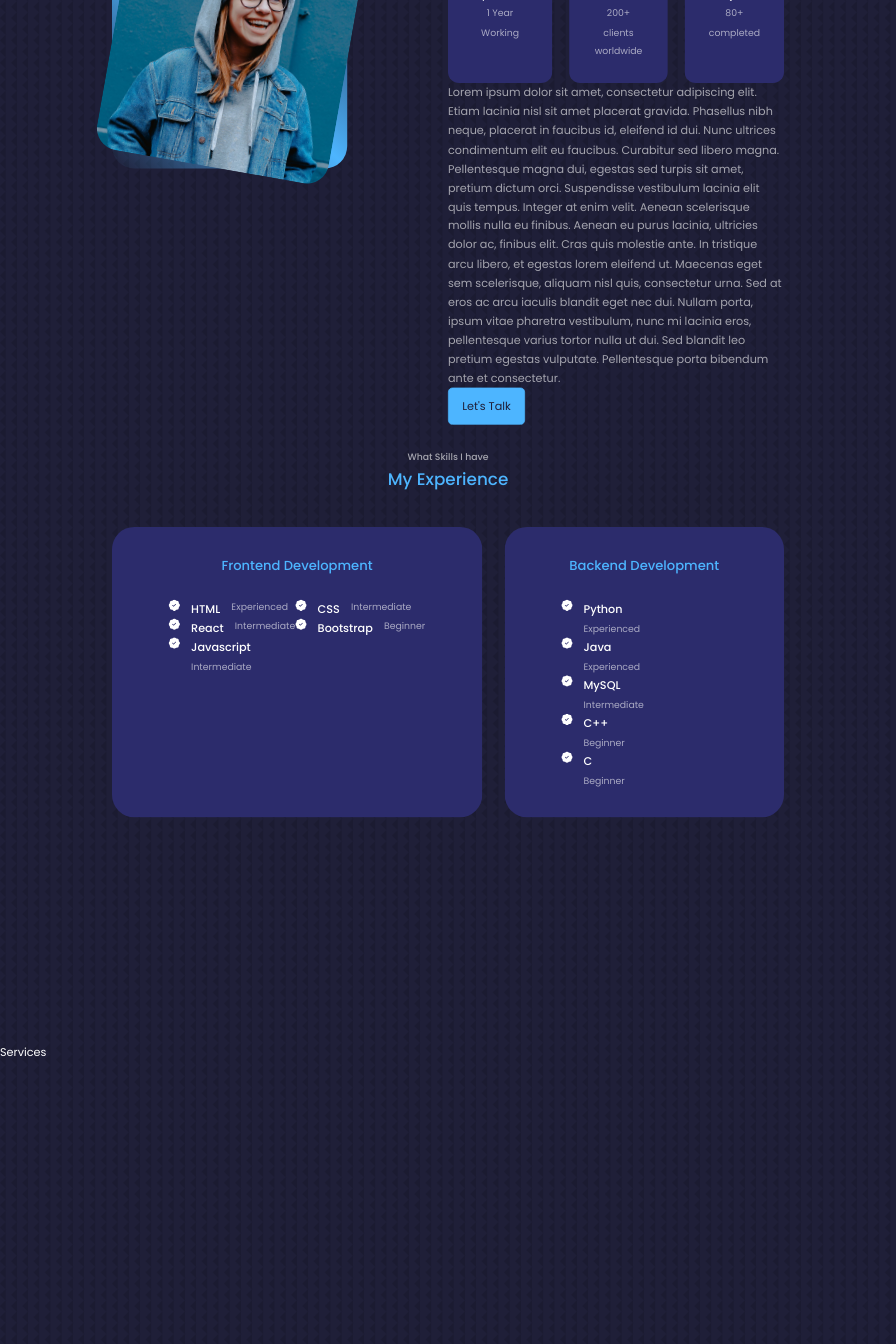
Repository: smallchungus/resumeWebsite
Page: / (app in hello/)
An editor plug-in stored every save of this project. The page is shown before and after a run of saves, followed by the edit.
The browser window is 1280 px wide. The pictures show the part of the page from y = 1054 to 2974 px (the page is 5835 px tall), at 70% of full size.
The project was rebuilt for these pictures with package versions that can differ from the ones it lists, and the page was loaded fresh each time. Also part of the build but not shown: hello/src/components/portfolio/portfolio.css, hello/src/components/contact/contact.css, hello/src/components/footer/footer.css. Imported but missing from the stored project, and not drawn on this page: hello/src/assets/cv.pdf.

Above is the page before, as saved 2023-03-23 19:16:15.

### hello/public/index.html
<!DOCTYPE html>
<html lang="en">

<head>
    <meta charset="UTF-8">
    <meta http-equiv="X-UA-Compatible" content="IE=edge">
    <meta name="viewport" content="width-device-width, initial-scale=1.0">
    <title>Resume Portfolio Website</title>
</head>
<body>
    <div id="root"></div>
</body>
</html>

### hello/src/App.jsx
import React from 'react'
import Header from './components/header/Header'
import Nav from './components/nav/Nav'
import About from './components/about/About'
import Experience from './components/experience/Experience'
import Services from './components/services/Services'
import Portfolio from './components/portfolio/Portfolio'
import Testimonial from './components/testimonial/Testimonial'
import Contact from './components/contact/Contact'
import Footer from './components/footer/Footer'

const App = () => {
  return (
    <>
    <Header />
    <Nav />
    <About />
    <Experience />
    <Services />
    <Portfolio />
    <Testimonial />
    <Contact />
    <Footer />
    </>
  )
}

export default App

### hello/src/index.css
@import url('https://fonts.googleapis.com/css2?family=Poppins:wght@300;400;500;600&display=swap');

*{
    margin: 0;
    padding: 0;
    border :0;
    outline: 0;
    box-sizing: border-box;
    list-style: none;
    text-decoration: none;

}

:root {
    --color-bg: #1f1f38;
    --color-bg-variant: #2c2c6c;
    --color-primary: #4db5ff;
    --color-primary-variant: rgba(77, 181, 255, 0.4);
    --color-white: #fff;
    --color-light: rgba(255,255,255,0.6);

    --transition: all 400ms ease;

    --container-width-lg: 75%;
    --container-width-md: 86%;
    --container-width-sm: 90%;

}

html{
    scroll-behavior: smooth;
}

body{
    font-family: 'Poppins', sans-serif;
    background: var(--color-bg);
    color: var(--color-white);
    line-height: 1.7;
    background-image: url(../src/assets/bg-texture.png)
}

/* ======================= General Styles =================*/

.container{
    width: var(--container-width-lg);
    margin: 0 auto;
}

h1,h2,h3,h4,h5{
    font-weight: 500;
}

h1{
    font-size:2.5rem;

}

section {
    margin-top: 8rem;
    height: 100vh;
}

section > h2, section > h5 {
    text-align: center;
    color: var(--color-light);
}

section > h2 {
    color: var(--color-primary);
    margin-bottom: 3rem;
}

.text-light{
    color:var(--color-light);
}

a{
    color: var(--color-primary);
    transition: var(--transition);
}

a:hover{
    color: var(--color-white);
}

.btn{
    width: max-content;
    display: inline-block;
    color: var(--color-primary);
    padding: 0.75rem 1.2rem;
    border-radius: 0.4rem;
    cursor: pointer;
    border: 1px solid var(--color-primary);
    transition: var( --transition );
}

.btn:hover{
    background: var(--color-white);
    color: var(--color-bg);
    border-color: transparent;
}

.btn-primary{
    background: var(--color-primary);
    color: var(--color-bg);
}

img{
    display: block;
    width: 100%;
    object-fit: cover;
}


/*==================Media Queries (Medium Devices ) ============= */
@media screen and (max-width: 1024px) {
    .container{
        width: var(--container-width-md);
    }

    section{
        margin-top: 6rem;
    }
}

/*==================Media Queries (Small Devices ) ============= */
@media screen and (max-width: 600px) {
    .container{
        width: var(--container-width-sm);
    }

    section > h2{
        margin-top: 2rem;
    }
}

### hello/src/components/header/Header.jsx
import React from 'react'
import './header.css'
import CTA from './CTA'
import ME from '../../assets/me.png'
import HeaderSocials from './HeaderSocials'
const Header = () => {
  return (
    <header>
      <div className="container header_container">
        <h5>Hello I'm</h5>
        <h1>William Chen</h1>
        <h5 className='text-light'>Fullstack Developer</h5>
        <CTA />
        <HeaderSocials/>

        <div className="me">
          <img src={ME} alt="me" />
        </div>

        <a href='#contact' className='scroll_down'>Scroll down</a>
      </div>
    </header>
  )
}

export default Header

### hello/src/components/nav/Nav.jsx
import React from 'react'
import './nav.css'
import {AiOutlineHome} from 'react-icons/ai'
import {AiOutlineUser}  from 'react-icons/ai'
import {BiBook} from 'react-icons/bi'
import {RiServiceLine} from 'react-icons/ri'
import {BiMessageSquareDetail} from 'react-icons/bi'
import {useState} from 'react'

const Nav = () => {
  const[activeNav, setActiveNav] = useState('#');
  return (
    <nav>
      <a href="#" onClick={() => setActiveNav('#')} className={activeNav === '#' ? 'active' : ''}><AiOutlineHome/></a>
      <a href="#about" onClick={() => setActiveNav('#about')} className={activeNav === '#about' ? 'active' : ''}><AiOutlineUser/></a>
      <a href="#experience" onClick={() => setActiveNav('#experience')} className={activeNav === '#experience' ? 'active' : ''}><BiBook/></a>
      <a href="#services" onClick={() => setActiveNav('#services')} className={activeNav === '#services' ? 'active' : ''}><RiServiceLine/></a>
      <a href="#contact" onClick={() => setActiveNav('#contact')} className={activeNav === '#contact' ? 'active' : ''}><BiMessageSquareDetail/></a>
    </nav>
  )
}

export default Nav

### hello/src/components/about/About.jsx
import React from 'react'
import './about.css'
import ME from '../../assets/me-about.jpg'
import {FiAward} from 'react-icons/fi'
import {FiUsers} from 'react-icons/fi'
import {VscFolderLibrary} from 'react-icons/vsc'

const About = () => {
  return (
    <section id='about'>
      <h5>Get To Know </h5>
      <h2>About Me</h2>

      <div className="container about_container">
        <div className="about_me" >
          <div className="about_me-image">
          <img src={ME} alt="About Image" />
          </div>
        </div>

        <div className="about_content">
          <div className="about_cards">
            <article className="about_card">
              <FiAward className='about_icon'/>
              <h5>Experience</h5>
              <small>1 Year Working</small>
            </article>
            <article className="about_card">
              <FiUsers className='about_icon'/>
              <h5>Clients</h5>
              <small>200+ clients worldwide</small>
            </article>
            <article className="about_card">
              <VscFolderLibrary className='about_icon'/>
              <h5>Projects</h5>
              <small>80+ completed</small>
            </article>
          </div>
          <p>
          Lorem ipsum dolor sit amet, consectetur adipiscing elit. Etiam lacinia nisl sit amet placerat gravida. Phasellus nibh neque, placerat in faucibus
          id, eleifend id dui. Nunc ultrices condimentum elit eu faucibus. Curabitur sed libero magna. Pellentesque magna dui, egestas sed turpis
          sit amet, pretium dictum orci. Suspendisse vestibulum lacinia elit quis tempus. Integer at enim velit. Aenean scelerisque mollis nulla eu finibus. Aenean eu purus lacinia, ultricies dolor ac, finibus elit.
          Cras quis molestie ante. In tristique arcu libero, et egestas lorem eleifend ut. Maecenas eget sem scelerisque, aliquam nisl quis, consectetur urna. Sed at eros ac arcu iaculis blandit eget nec dui. Nullam porta,
          ipsum vitae pharetra vestibulum, nunc mi lacinia eros, pellentesque varius tortor nulla ut dui. Sed blandit leo pretium egestas vulputate. Pellentesque porta bibendum ante et consectetur.
          </p>
          <a href="#contact" className='btn btn-primary'>Let's Talk</a>

        </div>
      </div>
    </section>
  )
}

export default About

### hello/src/components/experience/Experience.jsx
import React from 'react'
import './experience.css'
import {BsPatchCheckFill} from'react-icons/bs'



const Experience = () => {
  return (
    <section id='experience'>
      <h5>What Skills I have</h5>
      <h2>My Experience</h2>

      <div className="container experience_container">
        <div className="experience_frontend">
          <h3>Frontend Development</h3>
          <div className="experience_content">
            <article className='experience_details'>
              <BsPatchCheckFill />
              <h4>HTML</h4>
              <small className='text-light' >Experienced </small>
            </article>
            <article className='experience_details'>
              <BsPatchCheckFill />
              <h4>CSS</h4>
              <small className='text-light' >Intermediate </small>
            </article>
            <article className='experience_details'>
              <BsPatchCheckFill />
              <h4>React</h4>
              <small className='text-light' >Intermediate </small>
            </article>
            <article className='experience_details'>
              <BsPatchCheckFill />
              <h4>Bootstrap</h4>
              <small className='text-light' >Beginner </small>
            </article>


            <article className='experience_details'>
              <BsPatchCheckFill />
              <div>
                <h4>Javascript</h4>
                <small className='text-light' >Intermediate </small>
              </div>
            </article>
          </div>
        </div>



        <div className="experience_backend">
          <h3>Backend Development</h3>
          <article className='experience_details'>
              <BsPatchCheckFill />
              <div>
                <h4>Python</h4>
                <small className='text-light' >Experienced </small>
              </div>
            </article>

            <article className='experience_details'>
              <BsPatchCheckFill />
              <div>
                <h4>Java</h4>
                <small className='text-light' >Experienced </small>
              </div>
            </article>

            <article className='experience_details'>
              <BsPatchCheckFill />
              <div>
                <h4>MySQL</h4>
                <small className='text-light' >Intermediate </small>
              </div>
            </article>

            <article className='experience_details'>
              <BsPatchCheckFill />
              <div>
                <h4>C++</h4>
                <small className='text-light' >Beginner </small>
              </div>
            </article>

            <article className='experience_details'>
              <BsPatchCheckFill />
              <div>
                <h4>C</h4>
                <small className='text-light' >Beginner </small>
              </div>
            </article>
        </div>
      </div>
    </section>
  )
}

export default Experience

### hello/src/components/portfolio/Portfolio.jsx
import React from 'react'
import './portfolio.css'


const Portfolio = () => {
  return (
    < section id='portfolio'>Portfolio</section>
  )
}

export default Portfolio

### hello/src/components/testimonial/Testimonial.jsx
import React from 'react'
import './testimonial.css'
const Testimonial = () => {
  return (
    <section id='testimonials'>Testimonial</section>
  )
}

export default Testimonial

### hello/src/components/contact/Contact.jsx
import React from 'react'
import './contact.css'
const Contact = () => {
  return (
    <section id='contact'>Contact</section>
  )
}

export default Contact

### hello/src/components/header/header.css
header {
    height: 100vh;
    padding-top: 7rem;
    overflow: hidden;
}

.header_container{
    text-align: center;
    height: 100%;
    position: relative;
}

/*========================= CTA ======================= */
.cta {
    margin-top: 2.5rem;
    display: flex;
    gap: 1.2rem;
    justify-content: center;

}

/* ======================= Header Socials ==================== */
.header_socials {
    display: flex;
    flex-direction: column;
    align-items: center;
    gap: 0.8rem;
    position: absolute;
    left: 0;
    bottom: 3rem;

}

.header_socials::after{
    content: '';
    width: 1px;
    height: 2rem;
    background: var(--color-primary);
}

/* ===================== ME ==================*/

.me{
    background: linear-gradient(var(--color-primary), transparent);
    width: 22rem;
    height: 30rem;
    position: absolute;
    left: calc(50% - 11rem);
    margin-top: 4rem;
    border-radius: 12rem 12rem 0 0;
    overflow: hidden;
    padding: 5rem 1.5rem 1.5rem 1.5rem;

}

.scroll_down {
    position: absolute;
    right: -2.3rem;
    bottom: 5rem;
    transform: rotate(90deg);
    font-weight: 300;
    font-size: 0.9rem;
}

@media screen and (max-width: 600px) {
    header {
        height: 100vh;
    }
}

@media screen and (max-width: 600px)
{
    header {
        height: 100vh;
    }

    .header_socials, .scroll_down{
        display: none;
    }
}

### hello/src/components/header/CTA.jsx
import React from 'react'
import CV from '../../assets/cv.pdf'
const CTA = () => {
  return (
    <div className ='cta'>
        <a href={CV} download className='btn'>Download CV</a>
        <a href="#contact" className='btn btn-primary'>Let's Talk</a>
    </div>
  )
}

export default CTA

### hello/src/components/header/HeaderSocials.jsx
import React from 'react'
import {BsLinkedin} from 'react-icons/bs'
import {BsGithub} from 'react-icons/bs'
import {AiFillDribbbleSquare} from 'react-icons/ai'
const HeaderSocials = () => {
  return (
    <div className='header_socials'>
        <a href="https://linkedin.com/willchenn" target="_blank"><BsLinkedin></BsLinkedin></a>
        <a href="https://github.com/smallchungus" target="_blank"><BsGithub></BsGithub></a>
        <a href="https://dribble.com/" target="_blank"><AiFillDribbbleSquare></AiFillDribbbleSquare></a>
        </div>
  )
}

export default HeaderSocials

### hello/src/components/nav/nav.css
nav {
    background: rgba(0, 0, 0, 0.3);
    width: max-content;
    display: block;
    padding: 0.7rem 1.7rem;
    z-index: 2;
    position: fixed;
    left: 50%;
    transform: translateX(-50%);
    bottom: 2rem;
    display: flex;
    gap: 0.8rem;
    border-radius: 3rem;
    backdrop-filter: blur(15px);
}

nav a{
    background: transparent;
    padding: 0.9rem;
    border-radius: 50%;
    display: flex;
    color: var(--color-light);
    font-size: 1.1rem;
}

nav a:hover{
    background: rgba(0,0,0,0.3);
}

nav a.active {
    background: var(--color-bg);
    color: var(--color-white);
}

### hello/src/components/about/about.css
.about_container {
    display: grid;
    grid-template-columns: 35% 50%;
    gap: 15%;
}

.about_me {
    width: 100%;
    aspect-ratio: 1/1;
    border-radius: 2rem;
    background: linear-gradient(
        45deg,
        transparent,
        var(--color-primary),
        transparent
    );
    display: grid;
    place-items: center;
}

.about_me-image{
    border-radius: 2rem;
    overflow: hidden;
    transform: rotate(10deg);
    transition: var(--transition);

}

.about_me-image:hover{
    transform: rotate(0);
}

.about_cards{
    display: grid;
    grid-template-columns: repeat(3, 1fr);
    gap: 1.5rem;
}

.about_card {
    background: var(--color-bg-variant);
    border: 1px solid transparent;
    border-radius: 1rem;
    padding: 2rem;
    text-align: center;
    transition: var(--transition);
}

.about_card:hover {
    background: transparent;
    border-color: var(--color-primary-variant);
    cursor: default;
}

.about_icon {
    color: var(--color-primary);
    font-size: 1.4 rem;
    margin-bottom: 1rem;
}

.about_card h5 {
    font-size: 0.95rem;
}

.about_card small {
    font-size: 0.7 rem;
    color: var(--color-light);
}

.about_content p {
    margin: 2rem 0 2.6 rem;
    color: var(--color-light);
}

@media screen and (max-width: 1024px) {
    .about_container {
        grid-template-columns: 1fr;
        gap: 0;
    }

    .about_me {
        width: 50%;
        margin: 2rem auto 4rem;
    }

    .about_content p{
        margin: 1rem 0 1.5rem;
    }
}

@media screen and (max-width: 600px )
{
    .about_me{
        width: 65%;
        margin: 0 auto 3rem;
    }
    .about_cards {
        grid-template-columns: 1fr 1fr;
        gap: 1rem;
    }
    .about_content {
        text-align: center;
    }
    .about_content p {
        margin: 1.5rem 0;
    }
}

### hello/src/components/experience/experience.css
.experience_container{
    display: grid;
    grid-template-columns: 1fr 1fr;
    gap: 2rem;
}

.experience_container > div {
    background: var(--color-bg-variant);
    padding: 2.4rem 5rem;
    border-radius: 2rem;
    border: 1px solid transparent;
    transition: var(--transition);
}

.experience_container > div:hover {
    background: transparent;
    border-color: var(--color-primary-variant);
    cursor: default;
}

.experience_container > div h3 {
    text-align: center;
    margin-bottom: 2rem;
    color: var(--color-primary);
}

.experience_content {
    display: grid;
    grid-template-columns: 1fr 1fr;
}

.experience_details {
    display: flex;
    gap: 1rem;
}

Loaded but not shown: hello/src/index.js (common file); hello/src/components/services/Services.jsx (common file); hello/src/components/footer/Footer.jsx (common file); hello/src/components/services/services.css (no stored copy; drawn as an empty file); hello/src/components/testimonial/testimonial.css (no stored copy; drawn as an empty file)

After the next 5 saves:
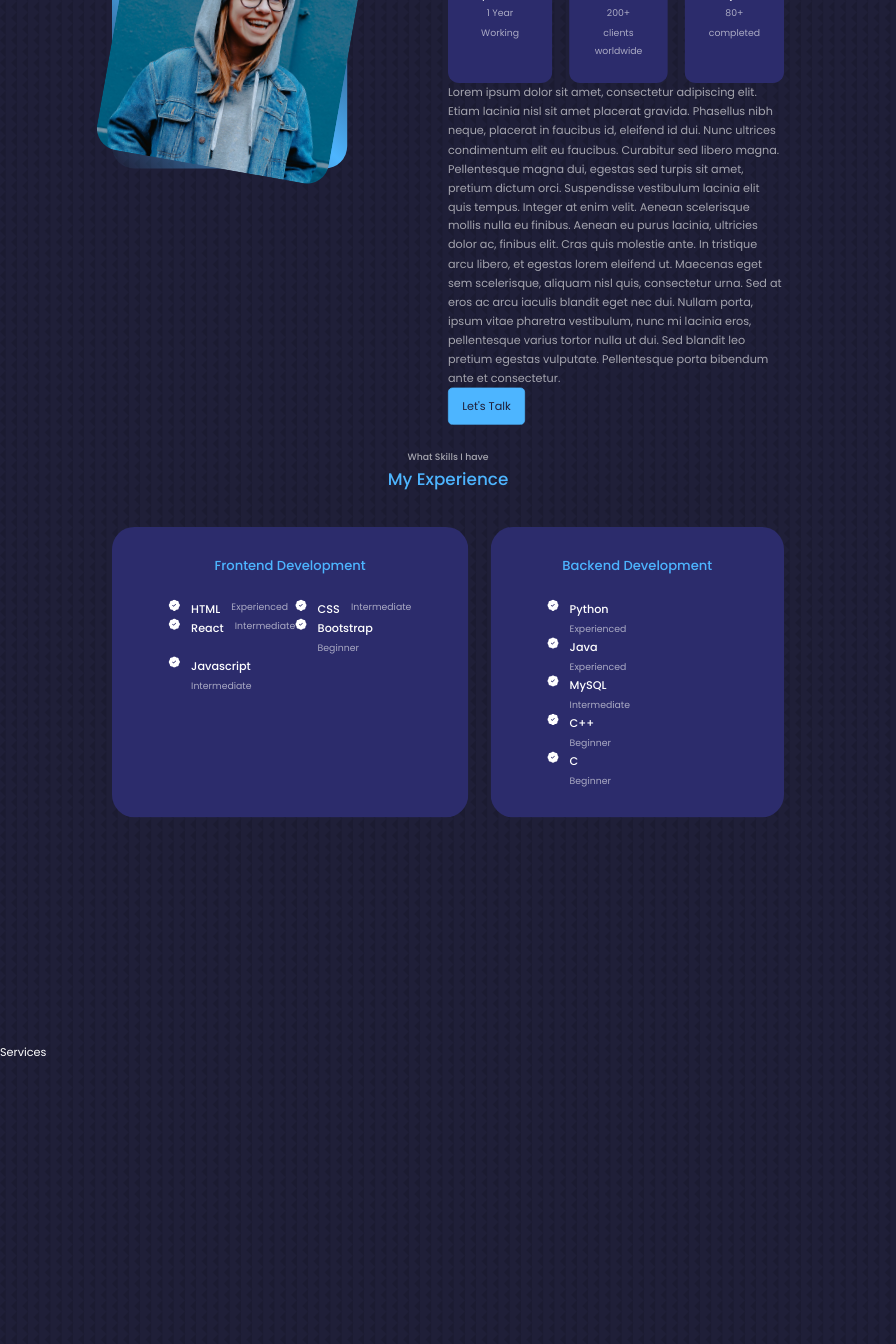
The 5 saves are shown as one change because 1 did not build or start and some came seconds apart.
The last was saved 16 s later.
--- a/hello/src/components/experience/Experience.jsx
+++ b/hello/src/components/experience/Experience.jsx
@@ -29,10 +29,14 @@ const Experience = () => {
               <h4>React</h4>
               <small className='text-light' >Intermediate </small>
             </article>
+
+
             <article className='experience_details'>
               <BsPatchCheckFill />
-              <h4>Bootstrap</h4>
-              <small className='text-light' >Beginner </small>
+              <div>
+                <h4>Bootstrap</h4>
+                <small className='text-light' >Beginner </small>
+              </div>
             </article>
 
 
